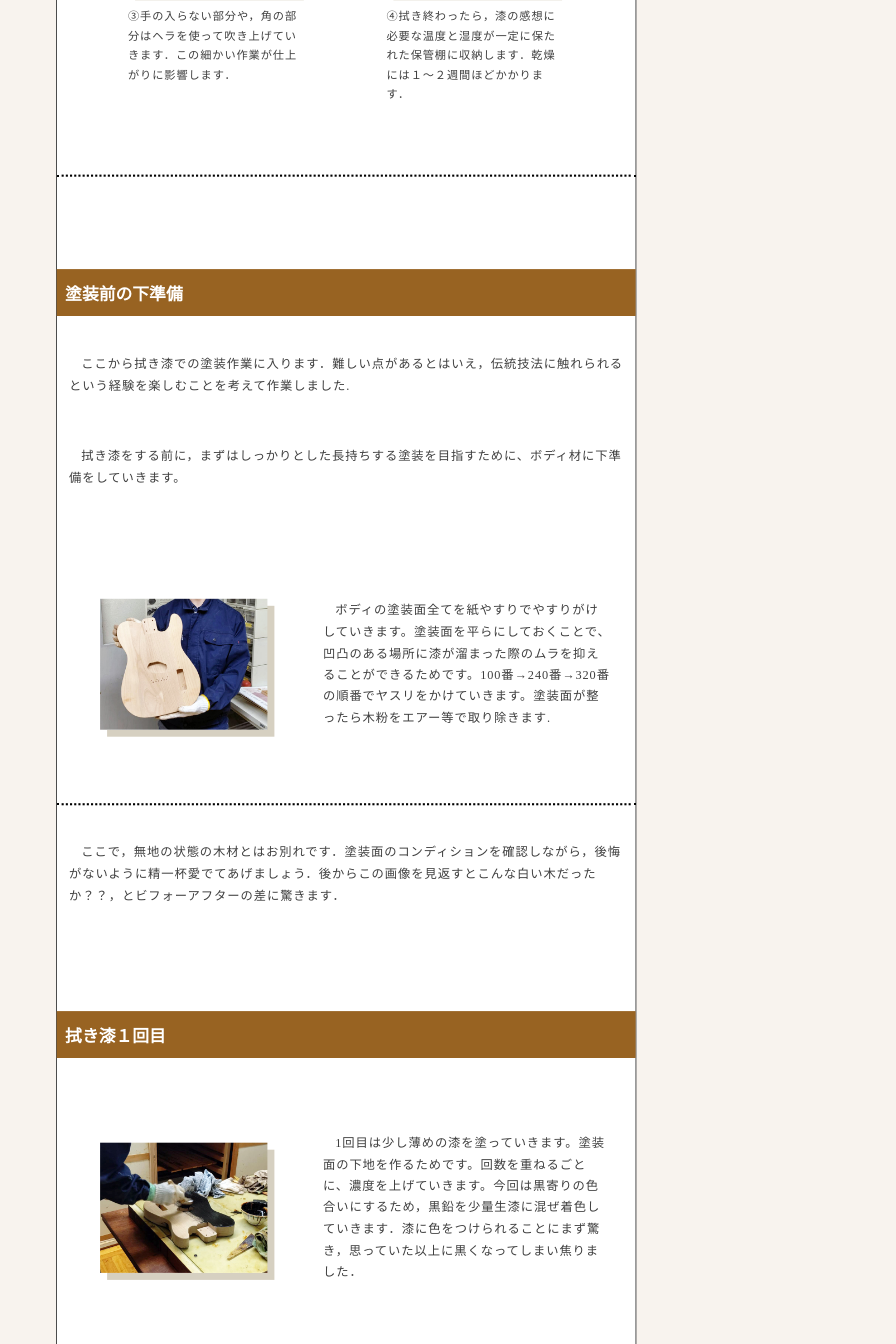
Repository: lavien-loses/urushi-guitar
Page: g_paint.html
The author's editor kept a copy of each file at every save. The page is drawn from the files as they stood at one save, then again after the next save.
The browser window is 1280 px wide. The pictures show the part of the page from y = 3078 to 4998 px (the page is 9732 px tall before and 9729 px after), at 70% of full size.
Some web fonts or font styles are not loaded; a fallback is used.

Above is the page before, as saved 2023-02-14 09:29:38.

### g_paint.html
<!DOCTYPE html>
<html lang="ja">

<head>
  <meta http-equiv="Content-Type" content="text/html; charset=UTF-8">
  <meta name="viewport" content="width=device-width,initial-scale=1.0">
  <title>拭き漆による塗装 - 素人によるギター＆ギターケース制作</title>
  <link href="./css/reset.css" rel="stylesheet" type="text/css">
  <link href="./css/main.css" rel="stylesheet" type="text/css">


  <!-- Google tag (gtag.js) -->
  <script async src="https://www.googletagmanager.com/gtag/js?id=G-4JPY5P55CD"></script>
  <script>
    window.dataLayer = window.dataLayer || [];
    function gtag() { dataLayer.push(arguments); }
    gtag('js', new Date());

    gtag('config', 'G-4JPY5P55CD');
  </script>
</head>

<div class="rogo_box">
  <a href="index.html">
    <!-- <img class="rogo" src="./rogo/png/rogo_3_kirigiri_neck.png"> -->
    <span class="svgimg" id="svg_box">
    </span>
  </a>
</div>

<header>
  <div class="nav_btn">
    <span class="menu_icon">MENU</span>
    <span class="menu_icon">MENU</span>
    <span class="menu_icon">MENU</span>
  </div>
  <div id="header_box">
    <span>
      メニュ〜
    </span>
    <div class="menu_box">
      <ul class="menu_left">
        <li class="menu_li weight">
          <a href="index.html">TOP</a>
        </li>
        <li class="menu_li">
          <a href="./index.html#event_div1">このサイトについて</a>
        </li>
      </ul>

      <ul class="menu_center m_flex">
        <li class="menu_li weight">
          <a href="work_process.html">拭き漆ギター制作</a>
        </li>
        <li class="menu_li">
          <a href="g_preparation.html">制作に向けた準備</a>
        </li>
        <li class="menu_li">
          <a href="g_making.html">ギター本制作</a>
        </li>
        <li class="menu_li">
          <a href="#">塗装</a>
        </li>
        <li class="menu_li">
          <a href="#">完成</a>
        </li>
      </ul>

      <ul class="menu_right m_flex">
        <li class="menu_li weight">
          <a href="work_process.html#make_case">制作</a>
        </li>
        <li class="menu_li">
          <a href="work_case.html">構想・設計</a>
        </li>
        <li class="menu_li">
          <a href="work_case.html">制作</a>
        </li>
        <li class="menu_li">
          <a href="work_case.html">装飾</a>
        </li>
        <li class="menu_li">
          <a href="work_case.html">完成</a>
        </li>
      </ul>
    </div>
  </div>
</header>

<main>
  <section id="l_key">
    <div class="l_key_img">
      <img src="./img/key_img/g_key.jpg">
      <span>拭き漆ギター制作</span>
    </div>
  </section>

  <section class="main_content">
    <!-- <p class="h1_explanetion">
      ギターを制作するために，調べたこと，用意したことをまとめました．
    </p> -->

    <div id="all_box">
      <div class="left_box left_pre">
        <h1 class="hl1 h1_pre" id="a_1">
          拭き漆による塗装
        </h1>
        <div class="order_box order_pre">
          <p>
            ここまでエレキギターなるものを無我夢中で作っていました．そんな中でも制作当初から，常に頭の中の片隅にあった迷いがありました．
          </p>

          <p>
            <b>『なにで色，塗ろうかな』</b>
          </p>

          <h2 class="hl2 h2_pre" id="a_2">
            塗装方法の検討
          </h2>
          <p>
            塗装方法を決めあぐねていました．友人が持っている楽器を見るたび，<b>ラッカー塗装（溶剤に樹脂を溶かし，スプレーで塗装する，オーソドックスな塗装方法）</b>にするか，学校の先生が言っていた「授業で拭き漆の漆工体験がある」という流れから，<b>拭き漆（漆を塗り，拭き取るを繰り返し漆を刷り込んで仕上げる技法）</b>で塗装しようか，この２択で約３ヶ月悩んでいました．
          </p>

          <p>
            せっかく自分で作ったものであるしどうせなら人と被らないものにしようと思い，一般的なラッカー塗装は候補から外し，<u>拭き漆による塗装</u>を検討することにしました．
          </p>

          <p>
            先生に拭き漆でギターの塗装をしたいという旨を伝え，漆工の先生へ伝えていただけることになりました．
            しかし，漆そのものの<u>希少価値が高いため高価</u>であること，<u>伝統技法は難しい</u>，という印象があり．お茶碗や小物入れはともかく，塗装面積の広いギターのボディの塗装に拭き漆を扱うことに戸惑いがありました．
          </p>

          <p>
            漆工の講師の先生が授業準備のため来校した際に，初めて顔を合わせ，拭き漆でギターを塗装したいというナマイキ坊主は俺だ，ということを確認しました．漆は乾くのが早いため，やはり塗装範囲が広いことを懸念していました．しかし先生のご協力により，協力なサポートを受けながら拭き漆での塗装ができることになりました．
          </p>



          <!--
          <ul class="flex_pre">
            <li>
              <div class="flex_img">
                <img src="img/g_making/templete.jpg">
              </div>
              <div class="flex_text">
                <p>テンプレートを印刷し，ボディ材に貼り合わせて切断していきます．</p>
              </div>
            </li>

            <li>
              <div class="flex_img">
                <img src="img/g_making/making.jpg">
              </div>
              <div class="flex_text">
                <p>貼り合わせて切断していきます．</p>
              </div>
            </li>

            <li>
              <div class="flex_img">
                <img src="img/g_making/finish.jpg">
              </div>
              <div class="flex_text">
                <p>貼り合わせて切断していきます．</p>
              </div>
            </li>
          </ul> -->

          <h2 class="hl2 h2_pre" id="a_3">
            拭き漆の手順
          </h2>

          <p>
            ここから実際に拭き漆をしていきます．漆はハケを使って塗り、塗った漆は柔らかい布で吹き上げます。一般的な漆器は塗っては乾燥、塗っては乾燥を繰り返し、何層もの塗装膜を作ります。今回行う吹き漆は、漆を塗ったら一度拭きあげる作業が入ります。
          </p>

          <div class="detail none">
            <div class="img_box center">
              <img src="./img/g_paint/1/paintside.jpg">
              <p>
                ①ハケに漆をつけて全体に薄く均等に塗っていきます．
              </p>
            </div>
            <div class="img_box center">
              <img src="./img/g_paint/4/wipechange.jpg">
              <p>
                ②塗った漆を柔らかい布や和紙に近い紙で，木目に漆を刷り込むイメージで拭き取っていきます．
              </p>
            </div>
            <div class="img_box center">
              <img src="./img/g_paint/3/wipe.jpg">
              <p>
                ③手の入らない部分や，角の部分はヘラを使って吹き上げていきます．この細かい作業が仕上がりに影響します．
              </p>
            </div>
            <div class="img_box center">
              <img src="./img/g_paint/4/putaway.jpg">
              <p>
                ④拭き終わったら，漆の感想に必要な温度と湿度が一定に保たれた保管棚に収納します．乾燥には１〜２週間ほどかかります．
              </p>
            </div>
          </div>



          <h2 class="hl2 h2_pre" id="a_4">
            塗装前の下準備
          </h2>
          <p>
            ここから拭き漆での塗装作業に入ります．難しい点があるとはいえ，伝統技法に触れられるという経験を楽しむことを考えて作業しました.
          </p>
          <p>
            拭き漆をする前に，まずはしっかりとした長持ちする塗装を目指すために、ボディ材に下準備をしていきます。
          </p>

          <div class="detail"><!--ここに機材とか使った道具の写真と説明-->
            <div class="img_box center">
              <img src="./img/g_paint/before_paint.jpg">
            </div>
            <div class="text_box">
              <p>
                ボディの塗装面全てを紙やすりでやすりがけしていきます。塗装面を平らにしておくことで、凹凸のある場所に漆が溜まった際のムラを抑えることができるためです。100番→240番→320番の順番でヤスリをかけていきます。塗装面が整ったら木粉をエアー等で取り除きます.
              </p>
            </div>
          </div>
          <p>
            ここで，無地の状態の木材とはお別れです．塗装面のコンディションを確認しながら，後悔がないように精一杯愛でてあげましょう．後からこの画像を見返すとこんな白い木だったか？？，とビフォーアフターの差に驚きます．
          </p>



          <h2 class="hl2 h2_pre" id="a_5">
            拭き漆１回目
          </h2>
          <div class="detail line_none">
            <div class="img_box center">
              <img src="./img/g_paint/1/paintstart.jpg">
            </div>
            <div class="text_box">
              <p>
                1回目は少し薄めの漆を塗っていきます。塗装面の下地を作るためです。回数を重ねるごとに、濃度を上げていきます。今回は黒寄りの色合いにするため，黒鉛を少量生漆に混ぜ着色していきます．漆に色をつけられることにまず驚き，思っていた以上に黒くなってしまい焦りました．
              </p>
            </div>
          </div>

          <!-- <div class="text_box">
              <p>
                ②ピックアップとネックを取り付けるためのザグリ加工です．一度ドリルでトリマーの葉が入るくらいの穴を開け，そこにトリマーをセットして切削していきます．初めてトリマーを使う方は，一度ボディ材等の加工などで出た端材で練習した方が，後々後悔しないで済むと思われます．
              </p>
            </div> -->


          <h2 class="hl2 h2_pre" id="a_6">
            拭き漆2回目
          </h2>

          <div class="detail">
            <div class="img_box center">
              <img src="./img/g_paint/2/paintstart.jpg">
            </div>
            <div class="text_box">
              <p>
                漆を塗る前に水研ぎをします。漆でできた塗装面を整えるためです。研ぎすぎると白くなり、ムラとなるので注意が必要です。
              </p>
              <p>今回もムラが出ないように、薄く塗り広げていきます。塗り終わったら、拭きあげていきます。漆を拭く、この作業が1番難しいです。塗った漆を全て拭きらず、ムラにならないように全体を見て拭き上げます。
              </p>
            </div>
          </div>

          <div class="detail line_none">
            <div class="img_box center">
              <img src="./img/g_paint/2/paintfinish.jpg">
            </div>
            <div class="text_box">
              <p>
                2回目の拭き漆が終わりました．漆の濃度がまだ薄いためか，黒鉛の黒さが目立っています．濃度が上がるにつれて，黒の強さがおさまることを祈ります．
              </p>
            </div>
          </div>




          <h2 class="hl2 h2_pre" id="a_7">
            拭き漆3回目
          </h2>
          <div class="detail">
            <div class="img_box center">
              <img src="./img/g_paint/3/paintstart.jpg">
            </div>
            <div class="text_box">
              <p>
                3回目から漆の割合が少し増え，前回と比べ漆の粘度が増したせいか，ハケの進み方が遅くなったように感じました．
                <u>漆の濃度が上がったため漆の伸びが悪くなる，つまりムラもできやすくなるため</u>，注意が必要になります．
              </p>
            </div>
          </div>

          <div class="detail line_none">
            <div class="img_box center">
              <img src="./img/g_paint/3/paintfinish.jpg">
            </div>
            <div class="text_box">
              <p>
                3回目の塗装が終了しました．前回と比べ，全体的に黒から茶色味の主張が激しくなりました．しかし，木目がさらに際立つようになったように感じました．特にボディ裏の木目が解いても良い味を出しています．
              </p>
            </div>
          </div>



          <h2 class="hl2 h2_pre" id="a_8">
            拭き漆4回目
          </h2>

          <div class="detail">
            <div class="img_box center">
              <img src="./img/g_paint/4/wipechange.jpg">
            </div>
            <div class="text_box">
              <p>
                漆の濃度が濃くなり，漆の伸びがより遅くなりました．ムラがより目立つため，拭く際にはわかりやすくはなるのですが，拭く際の抵抗も増えているため拭きづらいです．また，4回目からは薄い紙で拭き取るため，綺麗な面で拭き続けることを意識しないと，<u>拭いた漆をまた塗ってしまうことになるため</u>．注意しましょう．
              </p>
            </div>
          </div>

          <div class="detail line_none">
            <div class="img_box center">
              <img src="./img/g_paint/4/putaway.jpg">
            </div>
            <div class="text_box">
              <p>
                4回目の拭き漆が終了しました．1回目と比べると明らかに漆の本来の茶色味が際立つようになりました．しかし，アクセントで入れた黒鉛と混ざり，落ち着いた色合いになりました．
              </p>
            </div>
          </div>


          <h2 class="hl2 h2_pre" id="a_9">
            拭き漆5回目
          </h2>

          <div class="detail">
            <div class="img_box center">
              <img src="./img/g_paint/5/paintbefore.jpg">
            </div>
            <div class="text_box">
              <p>
                5回目の塗装前のボディです．色は焦茶色のようになり，当初イメージしていたよりも明るい色合いとなり，良いものに仕上がりそうです．
              </p>
            </div>
          </div>

          <div class="detail line_none">
            <div class="img_box center">
              <img src="./img/g_paint/5/wipe2.jpg">
            </div>
            <div class="text_box">
              <p>
                最後はほぼ生漆を塗ります．塗りずらさ・拭きずらさは過去一番でした．ここで最後の拭き漆となるため，今までの苦労を良くするも悪くするも自分の作業の丁寧さにかかってきます．ここ1番の集中力，ここまで拭き上げてきた少ない経験値をフルに発揮して拭き切りました．
              </p>
            </div>
          </div>





          <!-- <img src="img/g_paint/5/wipe2.jpg" class="img_center"> -->

          <p>↓次回は，いよいよギターを組み上げていきます．試奏もしていますのでぜひご覧ください．↓</p>

        </div><!--detail detail_pre-->






        <div class="next_box">
          <a href="g_making.html" class="now_link">
            <p class="now_label">
              前の記事
            </p>
            <div class="flex_box">
              <img src="./img/link_img/g_making.jpg">
              <p>
                ギター本制作
              </p>
            </div>
          </a>

          <a href="g_finish.html" class="next_link">
            <p class="next_label">
              次の記事
            </p>
            <div class="flex_box">
              <img src="./img/link_img/g_finish.jpg">
              <p>
                調整・試奏
              </p>
            </div>
          </a>
        </div>



        <!--ぱんくずリスト的なやつ-->
        <div class="bread_box">
          <ol class="ol_list">
            <li>
              <a href="./index.html">
                トップ
              </a>
            </li>
            <li>
              <a href="./work_process.html#make_guitar">
                拭き漆ギター制作　工程一覧
              </a>
            </li>
            <li class="bread_none">
              <a href="#">
                拭き漆での塗装
              </a>
            </li>
          </ol>
        </div><!--bread_box-->
      </div><!--left_box-->


      <div class="right_box">
        <aside class="nav_box">
          <h4>
            <a href="./index.html#event_div1">
              このサイトについて
            </a>
          </h4>
          <h4>
            <a href="./work_process.html#guitar_make">
              拭き漆ギター制作
            </a>
          </h4>
          <dl>
            <dt>
              <a href="./g_preparation.html#a_1">
                制作に向けた準備
              </a>
            </dt>
            <dd>
              <a href="./g_preparation.html#a_2">
                制作する楽器・種類の設定
              </a>
            </dd>
            <dd>
              <a href="./g_preparation.html#a_3">
                必要な材料・部品等の検討・購入
              </a>
            </dd>
            <dd>
              <a href="./g_preparation.html#a_4">
                加工に必要な道具や機械を調べる
              </a>
            </dd>
          </dl>

          <dl>
            <dt>
              <a href="./g_making.html#a_1">
                ギター本制作
              </a>
            </dt>
            <dd>
              <a href="./g_making.html#a_2">
                ボディ材粗加工， 各ポケットのザグリ加工
              </a>
            </dd>
            <dd>
              <a href="./g_making.html#a_3">
                パーツ位置決め，仮取り付け
              </a>
            </dd>
            <dd>
              <a href="./g_making.html#a_4">
                ネックプレート制作
              </a>
            </dd>
            <dd>
              <a href="./g_making.html#a_5">
                仮組み，試奏
              </a>
            </dd>
          </dl>

          <dl>
            <dt>
              <a href="./g_paint.html#a_1">
                拭き漆での塗装
              </a>
            </dt>
            <dd>
              <a href="./g_paint.html#a_2">
                塗装方法の検討
              </a>
            </dd>
            <dd>
              <a href="./g_paint.html#a_3">
                拭き漆の手順
              </a>
            </dd>
            <dd>
              <a href="./g_paint.html#a_4">
                塗装前の下準備</a>
            </dd>
            <dd>
              <a href="./g_paint.html#a_5">
                拭き漆１回目
              </a>
            </dd>
            <dd>
              <a href="./g_paint.html#a_6">
                拭き漆２回目
              </a>
            </dd>
            <dd>
              <a href="./g_paint.html#a_7">
                拭き漆３回目
              </a>
            </dd>
            <dd>
              <a href="./g_paint.html#a_8">
                拭き漆４回目
              </a>
            </dd>
            <dd>
              <a href="./g_paint.html#a_9">
                拭き漆５回目
              </a>
            </dd>
          </dl>

          <dl>
            <dt>
              <a href="./g_finish.html#a_1">
                試奏・調整
              </a>
            </dt>
            <dd>
              <a href="./g_finish.html#a_2">
                配線作業
              </a>
            </dd>
            <dd>
              <a href="./g_finish.html#a_3">
                弦高調整
              </a>
            </dd>
            <dd>
              <a href="./g_finish.html#a_4">
                フレット擦り合わせ
              </a>
            </dd>
            <dd>
              <a href="./g_finish.html#a_5">
                完成
              </a>
            </dd>
          </dl>

          <h4>
            <a href="./work_process.html#make_case">
              寄木細工ギターケース制作
            </a>
          </h4>
          <dl>
            <dt>
              <a href="./c_design.html#a_1">
                ケース　構想・設計
              </a>
            </dt>
            <dd>
              <a href="./c_design.html#a_2">
                ケース形状，使用材料等検討
              </a>
            </dd>
            <dd>
              <a href="./c_design.html#a_3">
                ギター採寸，設計図制作
              </a>
            </dd>
          </dl>

          <dl>
            <dt>
              <a href="./c_making.html#a_1">
                ケース本制作
              </a>
            </dt>
            <dd>
              <a href="./c_making.html#a_2">
                木材選定，切断，接着
              </a>
            </dd>
            <dd>
              <a href="./c_making.html#a_2">
                金具取り付け
              </a>
            </dd>
          </dl>

          <dl>
            <dt>
              <a href="./c_decoration.html#a_1">
                ケース装飾
              </a>
            </dt>
            <dd>
              <a href="./c_decoration.html#a_2">
                装飾方法検討
              </a>
            </dd>
            <dd>
              <a href="./c_decoration.html#a_3">
                木材選定，部材作成
              </a>
            </dd>
            <dd>
              <a href="./c_decoration.html#a_4">
                天板装飾部材作成
              </a>
            </dd>
            <dd>
              <a href="./c_decoration.html#a_5">
                側板装飾部材作成
              </a>
            </dd>
            <dd>
              <a href="./c_decoration.html#a_6">
                底板装飾
              </a>
            </dd>
          </dl>

          <dl>
            <dt>
              <a href="./c_interior.html#a_1">
                内装制作
              </a>
            </dt>
            <dd>
              <a href="./c_interior.html#a_2">
                蓋側内装制作
              </a>
            </dd>
            <dd>
              <a href="./c_interior.html#a_3">
                底板内装制作
              </a>
            </dd>
            <dd>
              <a href="./c_interior.html#a_4">
                設計ミス修正
              </a>
            </dd>
            <dd>
              <a href="./c_interior.html#a_5">
                組み立て，完成
              </a>
            </dd>
          </dl>

        </aside><!--nav_box-->
      </div><!--right_box-->
    </div><!--all_box-->
  </section><!--main_content-->
</main>

<footer>
  <!-- <section class="navi"> -->
  <div class="footer_box">
    <ul class="f_lbox">
      <!-- <li>
        <img src="img/l_page/img.jpg">
      </li> -->

      <li class="menu_li weight">
        <a href="./index.html">トップ</a>
      </li>

      <li class="li_child">
        <a href="./index.html#event_div1">このサイトについて</a>
      </li>
    </ul>

    <ul class="f_cbox">
      <li class="menu_li weight">
        <a href="./work_process.html#make_guitar">拭き漆ギター制作</a>
      </li><!--見出しなので太字class指定しましょう-->
      <li class="li_child">
        <a href="./g_preparation.html">制作に向けた準備</a>
      </li>
      <li class="li_child">
        <a href="./g_making.html">ギター本制作</a>
      </li>

      <li class="li_child">
        <a href="./g_paint.html">塗装</a>
      </li>

      <li class="li_child">
        <a href="./g_finish.html">試奏・調整</a>
      </li>
    </ul>

    <ul class="f_rbox">
      <li class="menu_li weight">
        <a href="./work_process.html#make_case">寄木細工ギターケース制作</a>
      </li><!--見出しなので太字class指定しましょう-->

      <li class="li_child">
        <a href="./c_design.html">ケース　構想・設計</a>
      </li>

      <li class="li_child">
        <a href="./c_making.html">ケース本制作</a>
      </li>

      <li class="li_child">
        <a href="./c_decoration.html">ケース装飾</a>
      </li>

      <li class="li_child">
        <a href="./c_interior.html">内装制作</a>
      </li>
    </ul>
  </div>

  <div id="back_btn">
    <a href="#l_key">
      トップ<br>へ<br>戻る
    </a>
  </div>
  <p>
    <strong>
      ©︎ 2023 Shoki Matsuda
    </strong>
  </p>
</footer>

<script src="./js/script.js"></script>

</html>

### css/reset.css
html, body, div, span, applet, object, iframe,
h1, h2, h3, h4, h5, h6, p, blockquote, pre,
a, abbr, acronym, address, big, cite, code,
del, dfn, em, img, ins, kbd, q, s, samp,
small, strike, strong, sub, sup, tt, var,
b, u, i, center,
dl, dt, dd, ol, ul, li,
fieldset, form, label, legend,
table, caption, tbody, tfoot, thead, tr, th, td,
article, aside, canvas, details, embed,
figure, figcaption, footer, header, hgroup,
menu, nav, output, ruby, section, summary,
time, mark, audio, video {
  margin: 0;
  padding: 0;
  border: 0;
  font-size: 100%;
  /*font: inherit;*/
  vertical-align: baseline;
}

article, aside, details, figcaption, figure,
footer, header, hgroup, menu, nav, section {
  display: block;
}
body {
  line-height: 1;
  font-size: 16px;
}
ol, ul {
  list-style: none;
}
blockquote, q {
  quotes: none;
}
blockquote:before, blockquote:after,
q:before, q:after {
  content: '';
  content: none;
}
table {
  border-collapse: collapse;
  border-spacing: 0;
}

Loaded but not shown: js/script.js (31 lines, source omitted); css/main.css (1743 lines, source omitted)

After the next save:
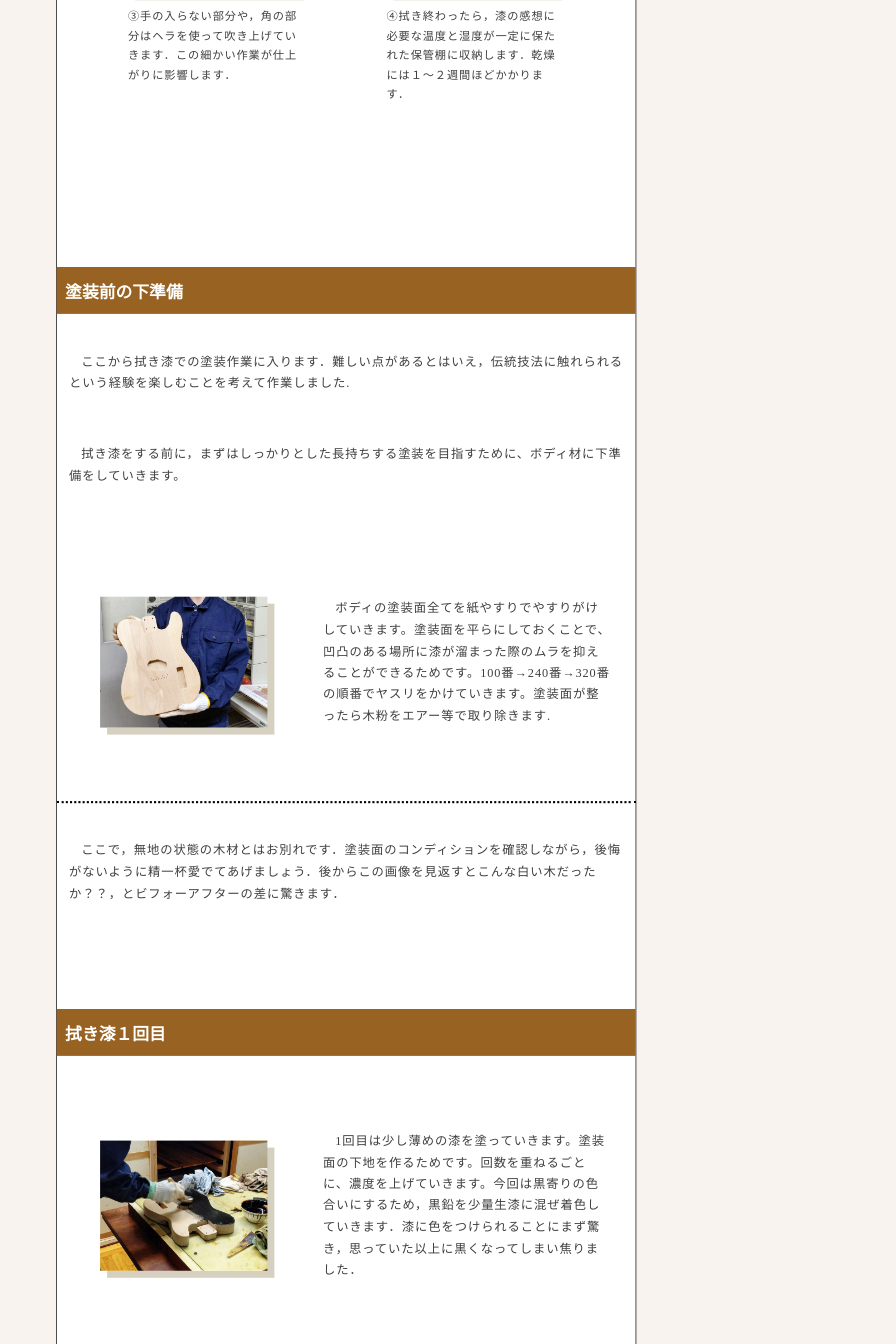
Saved 59 s later.
--- a/g_paint.html
+++ b/g_paint.html
@@ -174,7 +174,7 @@
             ここから実際に拭き漆をしていきます．漆はハケを使って塗り、塗った漆は柔らかい布で吹き上げます。一般的な漆器は塗っては乾燥、塗っては乾燥を繰り返し、何層もの塗装膜を作ります。今回行う吹き漆は、漆を塗ったら一度拭きあげる作業が入ります。
           </p>
 
-          <div class="detail none">
+          <div class="detail none line_none">
             <div class="img_box center">
               <img src="./img/g_paint/1/paintside.jpg">
               <p>
